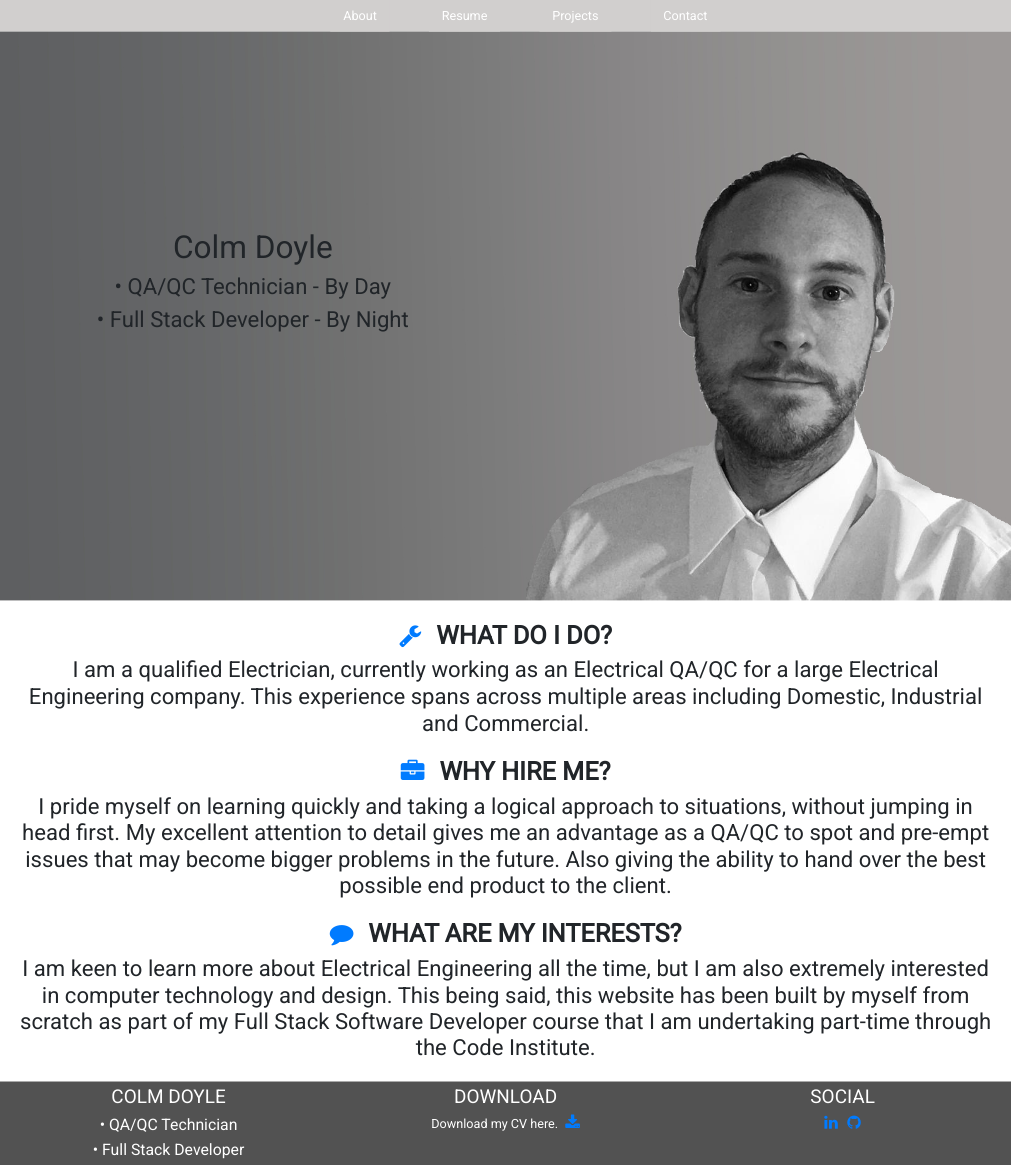
Repository: Code-Institute-Submissions/collyd21-milestone1
Page: index.html
The author's editor kept a record of every edit. The page is drawn from the files as they stood at one moment, then again after the next edit.
The browser window is 1280 px wide. The pictures show the whole page, at 79% of full size.
Some web libraries are served in a nearby version.

Above is the page before.

After the next edit:
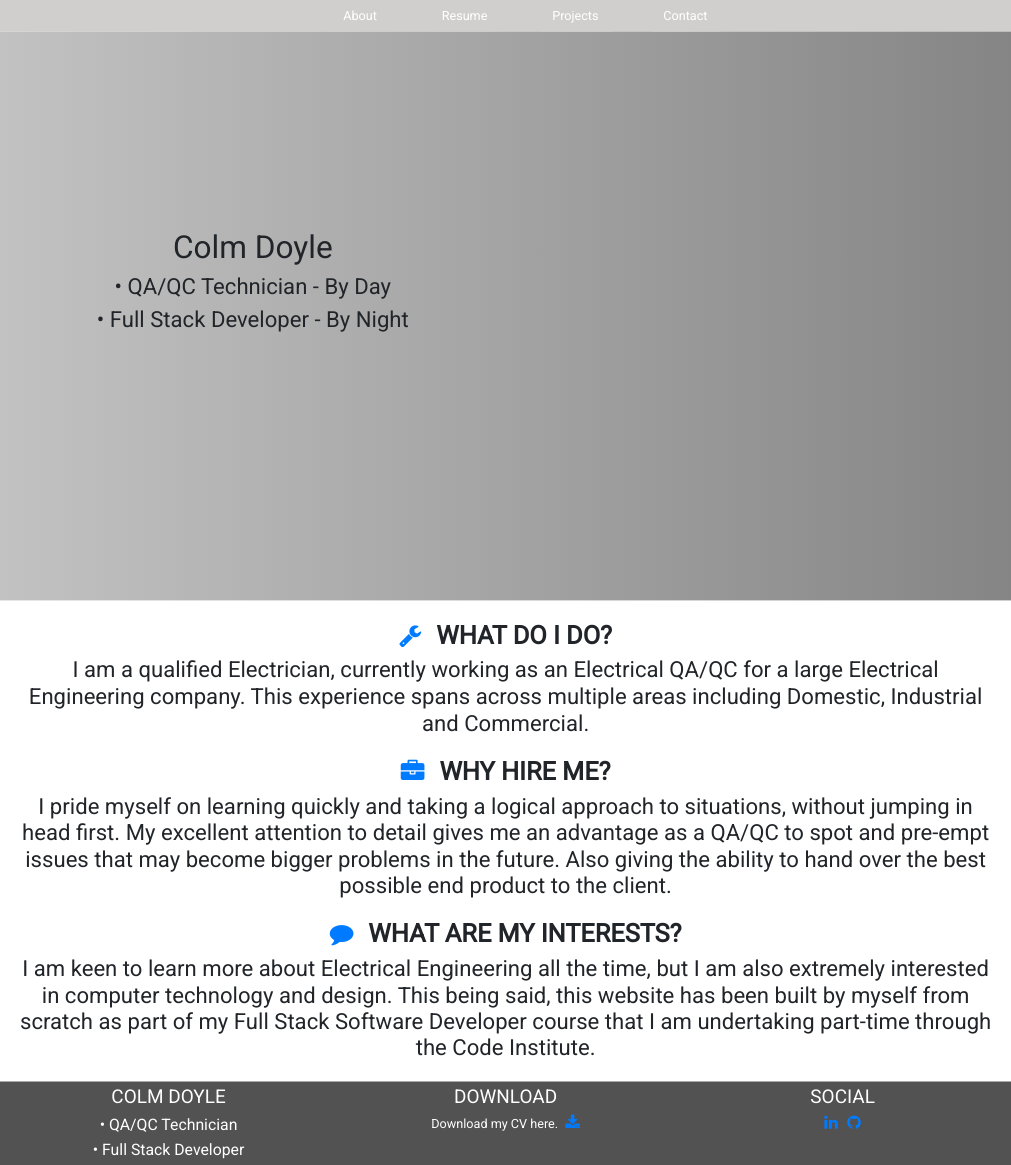
The edit:
--- a/assets/css/style.css
+++ b/assets/css/style.css
@@ -20,6 +20,7 @@
     background-image: url('../images/top.jpg');
     background-position: bottom;
     background-size: cover;
+    background: linear-gradient(to right, #c2c2c2 0%, #858585 100%);
     height: 100vh;
     width: 100vw;
     margin-bottom: 0px;

After the 2 edits that followed:
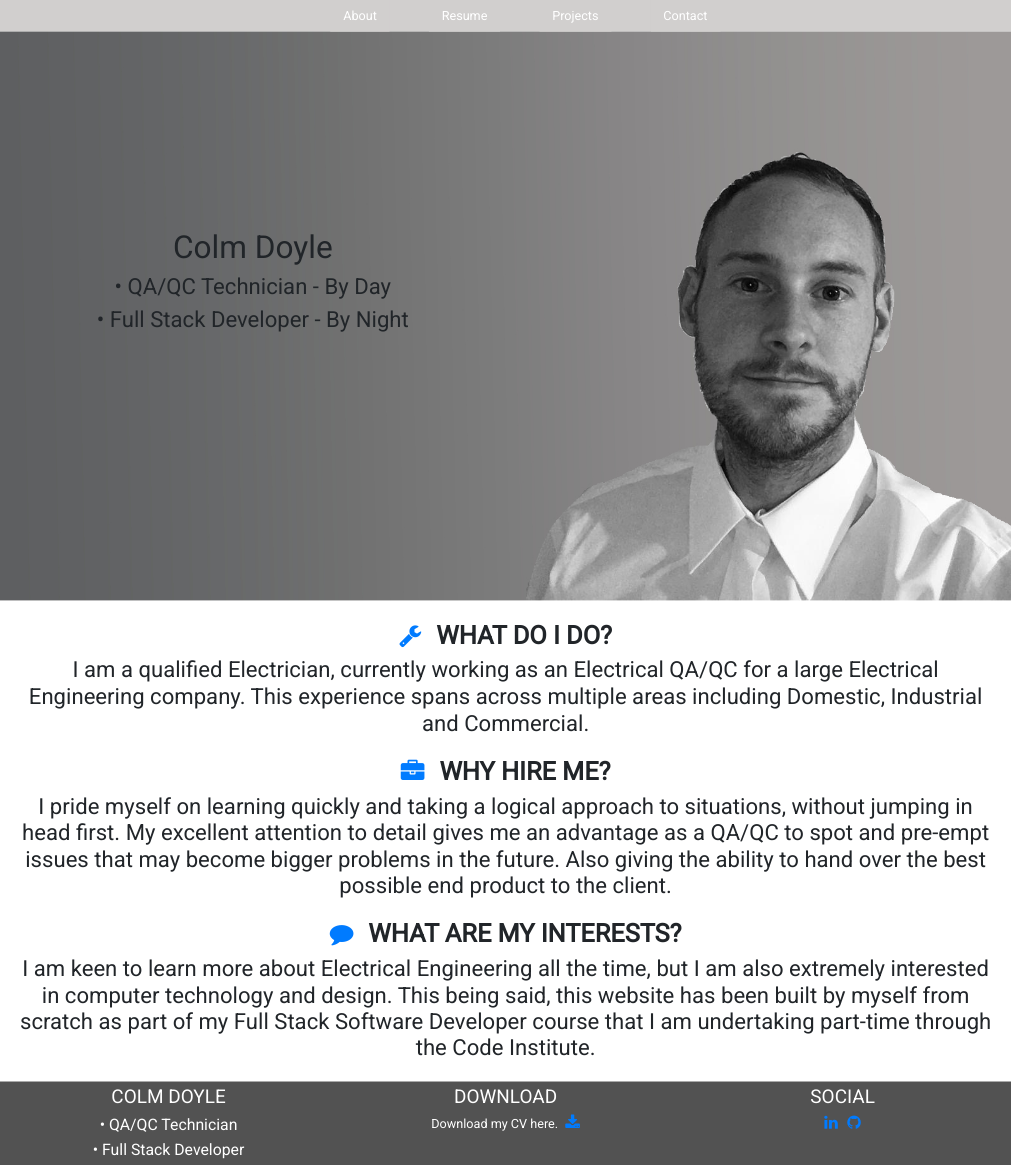
The 2 edits are shown as one change because 1 left the picture as it was.
The edit:
--- a/assets/css/style.css
+++ b/assets/css/style.css
@@ -16,11 +16,10 @@
 
 
 #main-view {
-    background: relative;
+    background: relative, linear-gradient(to right, #c2c2c2 0%, #858585 100%);
     background-image: url('../images/top.jpg');
     background-position: bottom;
     background-size: cover;
-    background: linear-gradient(to right, #c2c2c2 0%, #858585 100%);
     height: 100vh;
     width: 100vw;
     margin-bottom: 0px;
